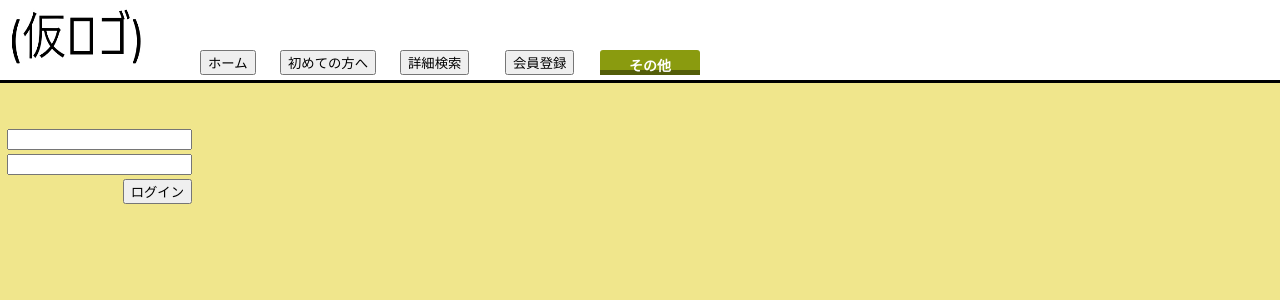
Repository: k0816/backup-master
Page: http://localhost/cycle/
The author's editor kept a copy of each file at every save. The page is drawn from the files as they stood at one save, then again after the next save.
The browser window is 1280 px wide. The pictures show the whole page.
The page is served by Tomcat 9. Other server files are loaded and not shown.

Above is the page before, as saved 2018-01-18 03:43:53.

### cycle/WebContent/home.jsp
<%@ page language="java" contentType="text/html; charset=UTF-8"
	pageEncoding="UTF-8"%>
<%@ taglib prefix="s" uri="/struts-tags"%>
<!DOCTYPE html>
<html>
<head>
<meta charset="utf-8">
<meta http-equiv="Content-Type" content="text/html; charset=utf-8" />
<meta http-equiv="Content-Style-Type" content="text/css" />
<meta http-equiv="Content-Script-Type" content="text/javascript" />
<meta http-equiv="imagetoolbar" content="no" />
<meta name="description" content="" />
<meta name="keywords" content="" />
<title>Home画面</title>
<style type="text/css">

</style>

</head>

<body>

<jsp:include page="/includeHeader.jsp" flush="true" />

<br><br><br>

<s:if test="#session.loginUser ==null">
<s:form action="LoginAction">
				<s:textfield name="loginAddress"/>
				<s:password name="loginPassword"/>
				<s:hidden name="userName" value='<s:property value="userName"/>'/>
				<s:hidden name="userId" value='<s:propety value="userId"/>'/>
				<s:submit value="ログイン"/>
			</s:form>
</s:if>

</body>
</html>

### cycle/WebContent/includeHeader.jsp
<%@ page language="java" contentType="text/html; charset=UTF-8"
	pageEncoding="UTF-8"%>
<%@ taglib prefix="s" uri="/struts-tags"%>
<!DOCTYPE html PUBLIC "-//W3C//DTD HTML 4.01 Transitional//EN" "http://www.w3.org/TR/html4/loose.dtd">
<html>
<head>

<meta http-equiv="Content-Type" content="text/html; charset=utf-8" />
<meta http-equiv="Content-Style-Type" content="text/css" />
<meta http-equiv="Content-Script-Type" content="text/javascript" />
<meta http-equiv="imagetoolbar" content="no" />
<meta name="description" content="" />
<meta name="keywords" content="" />

<script type="text/javascript" >

</script>

<title>ヘッダー記述</title>

<style type="text/css">
#header {
	width: 100%;
	height: 80px;
	background-color: white;
	border-bottom: 3px solid black;
	position: fixed;
}

#welcome {
    position: absolute;
	left: 200px;
	top:20px;
}

.botan {
	position: absolute;
	top: 50px;
}

#home {
	position: absolute;
	left: 200px;
}

#new {
	position: absolute;
	left: 280px;
}

#search {
	position: absolute;
	left: 400px;
}

#other {
	position: absolute;
	left: 500px;
}

#create {
	position: absolute;
	left: 505px;
}

/*背景設定*/
body {
	/* background: url("./image/wood.jpg"); */
	background-color: #F0E68C;
	margin: 0;
	padding: 0;
}

/* ドロップダウンメニュー設定 */
#dropmenu {
	list-style-type: none;
	width: 100px;
	height: 20px;
	margin: 0px auto 0px;
	padding: 0;
	background: #8a9b0f;
	border-bottom: 5px solid #535d09;
	border-radius: 3px 3px 0 0;
	position: absolute;
	left: 600px;
}

#dropmenu li {
	position: relative;
	width: 100%;
	float: left;
	margin: 0;
	padding: 0;
	text-align: center;
}

#dropmenu li a {
	display: block;
	margin: 0;
	padding: 10px ;
	color: #fff;
	font-size: 14px;
	font-weight: bold;
	line-height: 1;
	text-decoration: none;
}

#dropmenu li:hover>a {
	background: #6e7c0c;
	color: #eff7b1;
}

#dropmenu>li:hover>a {
	border-radius: 3px 3px 0 0;
}

#dropmenu li ul {
	list-style: none;
	position: absolute;
	top: 100%;
	left: 0;
	margin: 0;
	padding: 0;
	border-radius: 0 0 3px 3px;
}

#dropmenu li ul li {
	overflow: hidden;
	width: 100%;
	height: 0;
	color: #fff;
	-moz-transition: .2s;
	-webkit-transition: .2s;
	-o-transition: .2s;
	-ms-transition: .2s;
	transition: .2s;
}

#dropmenu li ul li a {
	padding: 13px 13px;
	background: #6e7c0c;
	text-align: center;
	font-size: 12px;
	font-weight: normal;
}

#dropmenu li:hover ul li {
	overflow: visible;
	height: 38px;
	border-top: 1px solid #7c8c0e;
	border-bottom: 1px solid #616d0b;
}

#dropmenu li:hover ul li:first-child {
	border-top: 0;
}

#dropmenu li:hover ul li:last-child {
	border-bottom: 0;
}

#dropmenu li:hover ul li:last-child a {
	border-radius: 0 0 3px 3px;
}
</style>

</head>
<body>

	<div id="header">
		<img src="image\logotest.jpg" width="150" height="80">

		<div id="welcome">
		<s:if test="#session.loginUser != null">
		ようこそ！<s:property value="#session.loginUser.getUserName()" escape="false" />様！
		</s:if>

		</div>


		<div class="botan">

			<div id="home">
				<form action="GoHomeAction">
					<input type="submit" value="ホーム" />
				</form>
			</div>
			<div id="new">
				<form action="ToNewUserAction">
					<input type="submit" value="初めての方へ" />
				</form>
			</div>
			<div id="search">
				<form action="PartySearchAction">
					<input type="submit" value="詳細検索" />
				</form>
			</div>

			<div id="create">
					<s:if test="#session.loginUser != null">
				<form action="MyPageAction">
				    <input type="submit" value="マイページ"/>
				</form>
					</s:if>
				<s:else>
				<form action="UserCreateAction">
					<input type="submit" value="会員登録" />
				</form>
				</s:else>
			</div>

			<!-- ドロップダウンメニュー -->

			<ul id="dropmenu">
				<li><a href="#">その他</a>
					<ul>
						<li><a href="ToNewUserAction">お知らせ</a></li>
						<li><a href="#">会社概要</a></li>
						<li><a href="#">お問い合わせ</a></li>
						<li><s:if test="#session.loginUser != null"> <a href = "LogoutAction">ログアウト</a></s:if></li>
					</ul>
				</li>
			</ul>
		</div>
	</div>
	<br>
	<br>
	<br>
	<br>


</body>
</html>

After the next save:
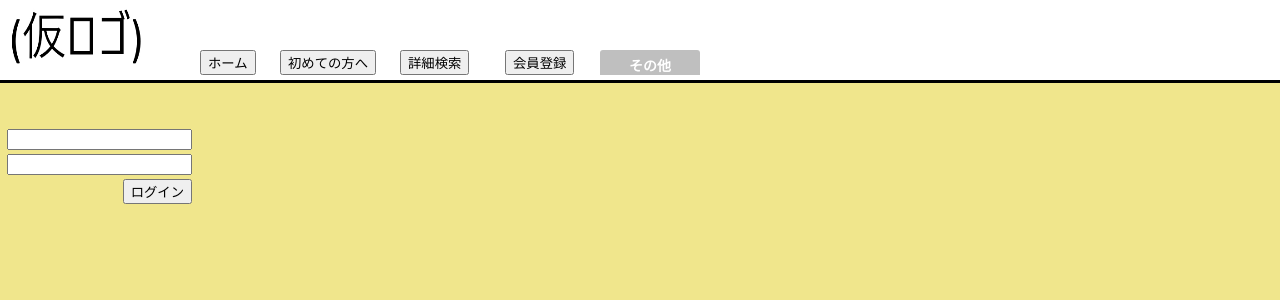
Saved 21 min 31 s later.
--- a/cycle/WebContent/includeHeader.jsp
+++ b/cycle/WebContent/includeHeader.jsp
@@ -78,8 +78,8 @@
 	height: 20px;
 	margin: 0px auto 0px;
 	padding: 0;
-	background: #8a9b0f;
-	border-bottom: 5px solid #535d09;
+	background: #bfbfbf;
+	border-bottom: 5px solid #bfbfbf;
 	border-radius: 3px 3px 0 0;
 	position: absolute;
 	left: 600px;
@@ -106,8 +106,8 @@
 }
 
 #dropmenu li:hover>a {
-	background: #6e7c0c;
-	color: #eff7b1;
+	background: #bfbfbf;
+	color: #bfbfbf;
 }
 
 #dropmenu>li:hover>a {
@@ -138,7 +138,7 @@
 
 #dropmenu li ul li a {
 	padding: 13px 13px;
-	background: #6e7c0c;
+	background:#bfbfbf;
 	text-align: center;
 	font-size: 12px;
 	font-weight: normal;
@@ -147,7 +147,7 @@
 #dropmenu li:hover ul li {
 	overflow: visible;
 	height: 38px;
-	border-top: 1px solid #7c8c0e;
+	border-top: 1px solid #bfbfbf;
 	border-bottom: 1px solid #616d0b;
 }
 

After the save that followed:
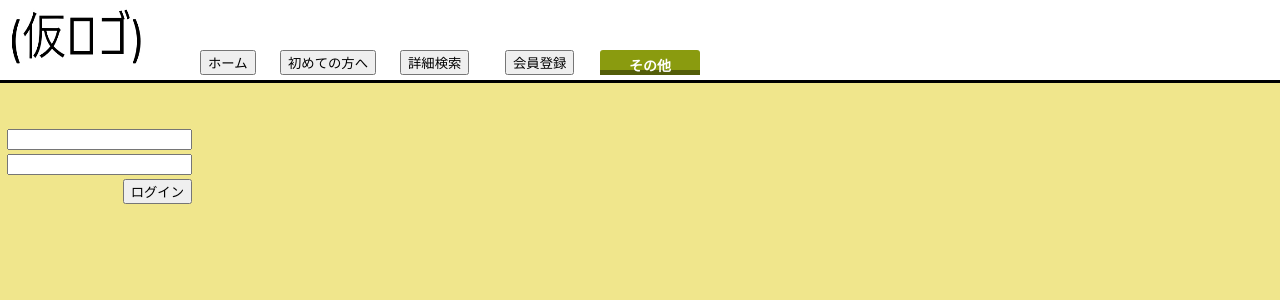
Saved 49 s later.
--- a/cycle/WebContent/includeHeader.jsp
+++ b/cycle/WebContent/includeHeader.jsp
@@ -78,8 +78,8 @@
 	height: 20px;
 	margin: 0px auto 0px;
 	padding: 0;
-	background: #bfbfbf;
-	border-bottom: 5px solid #bfbfbf;
+	background: #8a9b0f;
+	border-bottom: 5px solid #535d09;
 	border-radius: 3px 3px 0 0;
 	position: absolute;
 	left: 600px;
@@ -107,7 +107,7 @@
 
 #dropmenu li:hover>a {
 	background: #bfbfbf;
-	color: #bfbfbf;
+	color: #eff7b1;
 }
 
 #dropmenu>li:hover>a {
